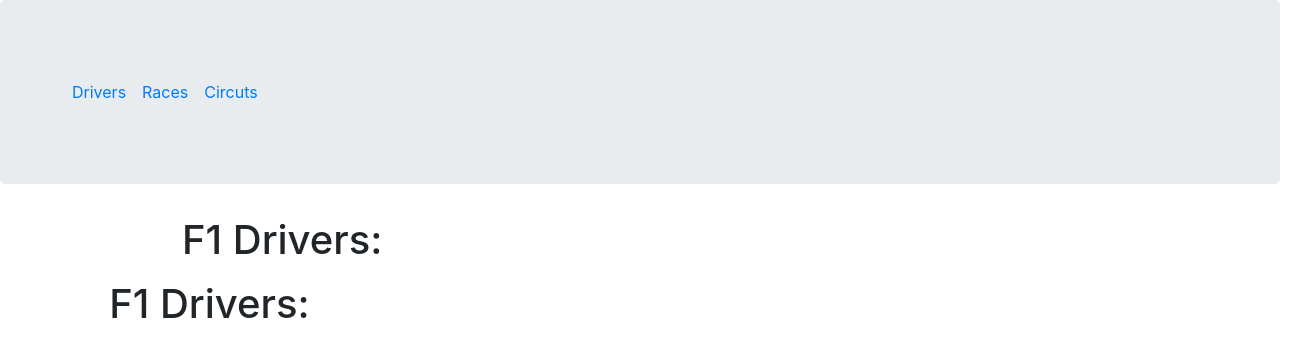
Repository: Lynras/formular1
Page: /DriversList
An editor plug-in stored every save of this project. The page is shown before and after the next save, followed by the edit.
The browser window is 1280 px wide. The page is 1295 px wide, so the pictures cover 1295 px, including what lies to the right of the window. The pictures show the whole page.
The page's requests for data from a server got no answer. Some web libraries are served in a nearby version. The project was rebuilt for these pictures with package versions that can differ from the ones it lists, and the page was loaded fresh each time. No one was signed in, and anything a server would have sent is missing.

Above is the page before, as saved 2021-03-17 13:28:00.

After the next save:
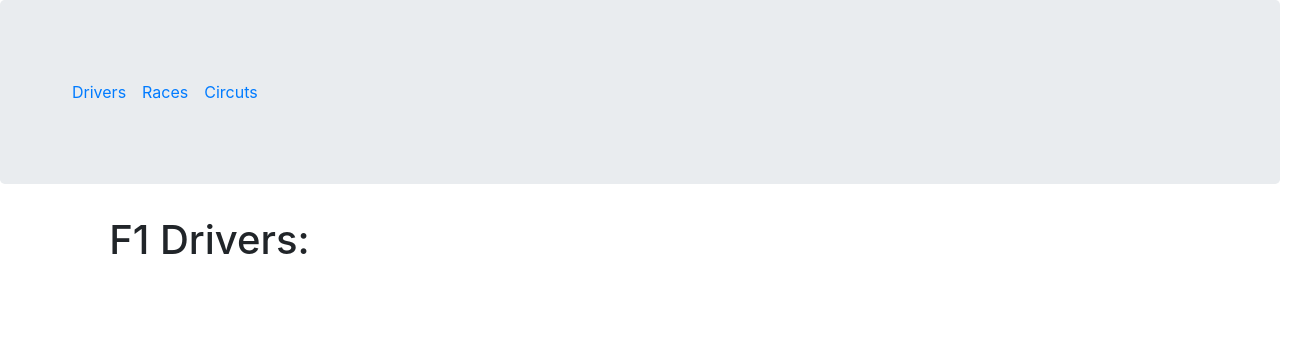
Saved 2 min 12 s later.
--- a/src/components/App.js
+++ b/src/components/App.js
@@ -2,7 +2,7 @@
 import DriverList from '../components/DriversList';
 import Header from '../components/Header';
 import RaceList from '../components/RaceList';
-import Main from "./Main"
+
 
 
 class App extends Component {
@@ -11,7 +11,7 @@
       <div className="App">
         <header className="App-header">
           <Header/>
-          <Main/>
+
           <DriverList/>
           <RaceList/>
         </header>

After the save that followed:
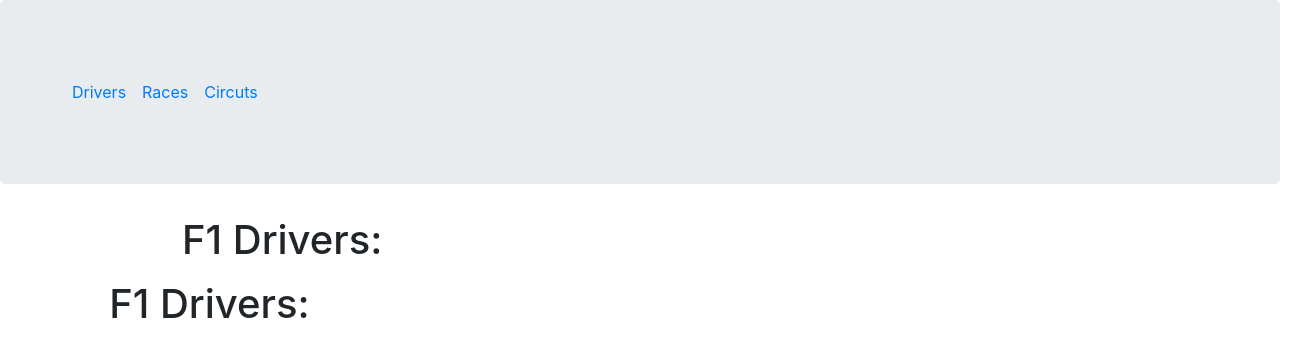
Saved 98 s later.
--- a/src/components/App.js
+++ b/src/components/App.js
@@ -2,7 +2,7 @@
 import DriverList from '../components/DriversList';
 import Header from '../components/Header';
 import RaceList from '../components/RaceList';
-
+import Main from "../components/Main"
 
 
 class App extends Component {
@@ -11,7 +11,7 @@
       <div className="App">
         <header className="App-header">
           <Header/>
-
+          <Main/>
           <DriverList/>
           <RaceList/>
         </header>
